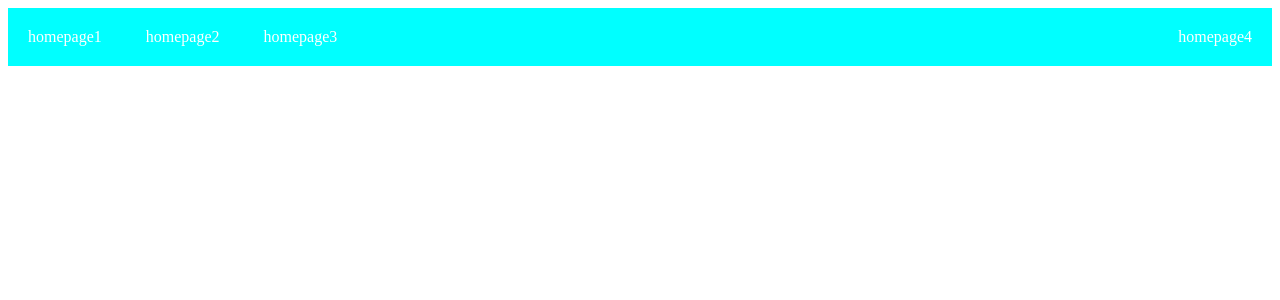
Repository: AhmedHBD/task1
Page: New folder/index.html
The author's editor kept a copy of each file at every save. The page is drawn from the files as they stood at one save, then again after the next save.
The browser window is 1280 px wide. The pictures show the whole page.

Above is the page before, as saved 2025-07-30 11:19:33.

After the next save:
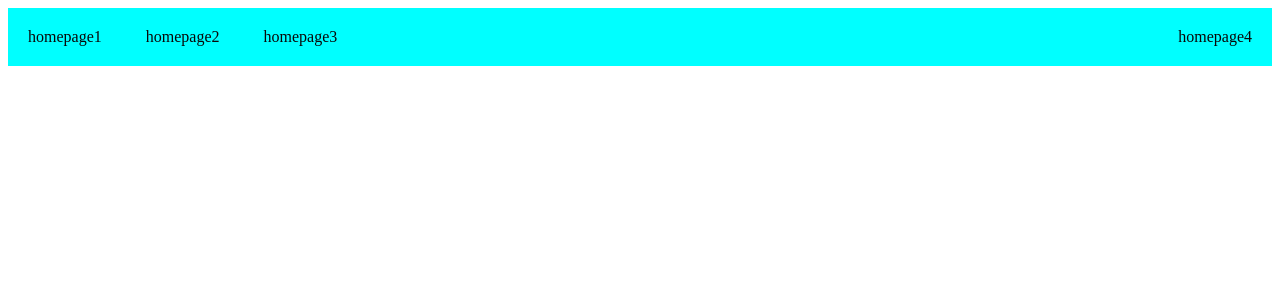
Saved 18 s later.
--- a/New folder/style.css
+++ b/New folder/style.css
@@ -8,7 +8,7 @@ nav a{
     display: inline-block;
 }
 nav a:link,nav a:visited{
-    color: white;
+    color: rgb(9, 8, 8);
 }
 nav a:hover,nav a:active{
     color: Oblack;
